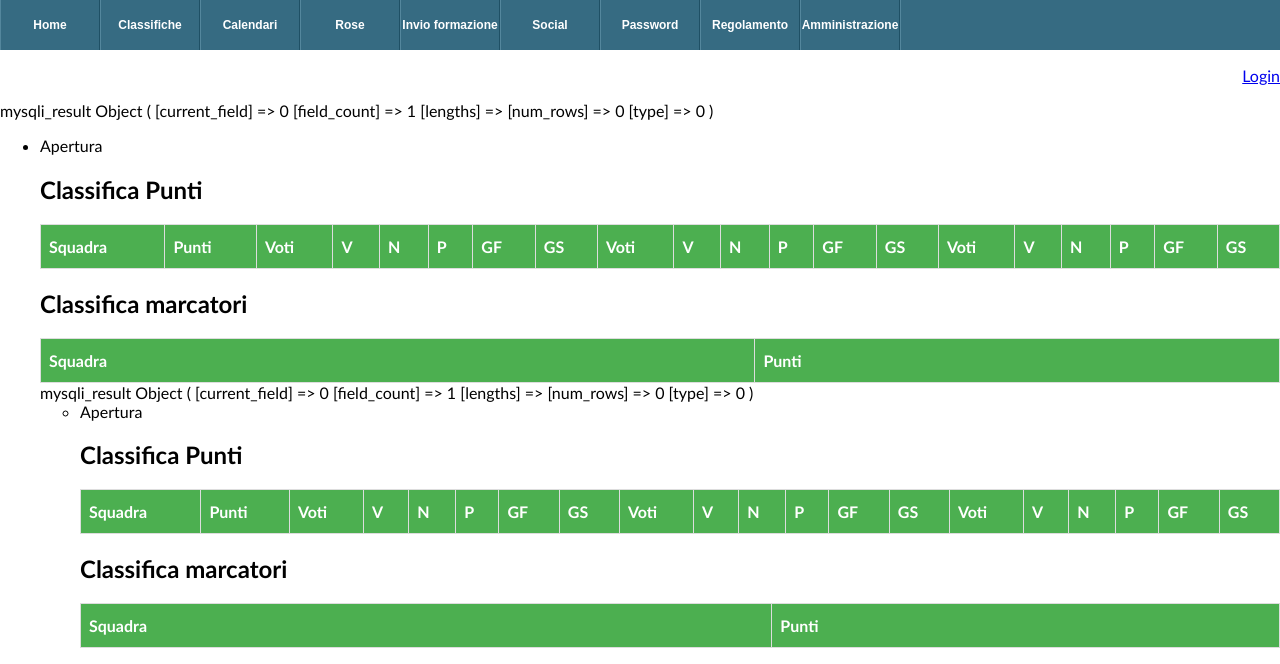
Repository: giuseppeaurilio/susyleague
Page: http://localhost/display_classifiche_peppe.php
The author's editor kept a copy of each file at every save. The page is drawn from the files as they stood at one save, then again after the next save.
The browser window is 1280 px wide. The pictures show the part of the page from y = 223 to 887 px (the page is 887 px tall before and 868 px after).
The page is run by PHP 8.4 with error messages shown; the project is at /var/www/html/. Style sheets and scripts are compiled from the project's sources, by tool versions that may differ from the author's. The database holds what the project's SQL file puts in it.

Above is the page before, as saved 2019-08-29 18:23:58.

### site/display_classifiche_peppe.php
<?php
include "menu.php";

?>
<link href="style.css" rel="stylesheet" type="text/css">

<style>
body{
	font-family: "Trebuchet MS", Arial, Helvetica, sans-serif;
}
table{
	border-collapse: collapse;
	width: 100%;
}
table th, table td{
	border: 1px solid #ddd;
	padding: 8px;
	}
table tr:nth-child(even){
	background-color: #f2f2f2;
	}
table tr:hover {
	background-color: #ddd;
	}
table th {
	padding-top: 12px;
	padding-bottom: 12px;
	text-align: left;
	background-color: #4CAF50;
	color: white;
}
</style>
<?php
    class RigaClassifica{
        public $idSquadra;
        public $squadra;
        public $punti;
        public $marcatori;
        public $vittorie;
        public $pareggi;
        public $sconfitte;
        public $golfatti;
        public $golsubiti;
        public $marcatoricasa;
        public $vittoriecasa;
        public $pareggicasa;
        public $sconfittecasa;
        public $golfatticasa;
        public $golsubiticasa;
        public $marcatoritrasf;
        public $vittorietrasf;
        public $pareggitrasf;
        public $sconfittetrasf;
        public $golfattitrasf;
        public $golsubititrasf;
    }
    function cmp($a, $b)
    {
        return $a->marcatori < $b->marcatori;
    }
?>
<?php
include "display_classifica_apertura.php";
include "display_classifica_chiusura.php";
?>

### site/menu.php
<?php
if(!isset($_SESSION))
{
	session_start();
}
if (!(isset($_SESSION['login']) && $_SESSION['login'] != '')) {
	$allenatore="";
}
else {
	$allenatore= $_SESSION['allenatore'];
}
?>

<head>
<title>Susy League</title>
<style type="text/css">

header {
    background-color:green;
    color:white;
    text-align:center;
    padding:5px;
}

footer {
    background-color:black;
    color:white;
    clear:both;
    text-align:center;
    padding:5px;
}

body {padding: 0; margin: 0;}

#wrap	{
		width: 100%;
		height: 50px;
		margin: 0;
		z-index: 99;
		position: relative;
		background-color: #366b82;
		}

	.navbar		{
				height: 50px;
				padding: 0;
				margin: 0;
				position: absolute;
				border-right: 1px solid #54879d;
				}

		.navbar li 	{
					height: auto;
					width: 100px;
					float: left;
					text-align: center;
					list-style: none;
					font: normal bold 12px/1.2em Arial, Verdana, Helvetica;
					padding: 0;
					margin: 0;
					background-color: #366b82;
					}

			.navbar a	{
						padding: 18px 0;
						border-left: 1px solid #54879d;
						border-right: 1px solid #1f5065;
						text-decoration: none;
						color: white;
						display: block;
						}

				.navbar li:hover, a:hover	{background-color: #54879d;}

				.navbar li ul 	{
								display: none;
								height: auto;
								margin: 0;
								padding: 0;
								}


				.navbar li:hover ul {
									display: block;
									}

				.navbar li ul li	{background-color: #54879d;}

				.navbar li ul li a 	{
									border-left: 1px solid #1f5065;
									border-right: 1px solid #1f5065;
									border-top: 1px solid #74a3b7;
									border-bottom: 1px solid #1f5065;
									}

				.navbar li ul li a:hover	{background-color: #366b82;}


</style>
</head>

<body>

<?php
include("dbinfo_susyleague.inc.php");

#echo "username = " . $username;
$con=mysqli_connect($localhost,$username,$password,$database) or die( "Unable to select database");;


$query="SELECT * FROM sq_fantacalcio";
$result=mysqli_query($con,$query);

$num=mysqli_num_rows($result);



#echo "<b><left>Squadre</center></b><br><br>";

$query_generale="SELECT valore FROM generale where nome_parametro='anno'";
#echo $query2;
$result_generale=mysqli_query($con,$query_generale);
//$anno=mysqli_result($result_generale,0,"valore");

$row=mysqli_fetch_array($result_generale,MYSQLI_ASSOC);
$anno="2016";
$anno=$row["valore"];
?>


<header>
<div style="width: 100%; overflow: hidden;">
    	<div style="width: 70%; float: left;"> <h1>Susy League <?php  echo $anno; ?> </h1> </div>
    	<div style="width=25%;">
		<figure><img src="/Logo_sponsor_small.png" width=230px height=115px></figure>
	</div>
</div>

</header>

<script>
/* When the user clicks on the button,
toggle between hiding and showing the dropdown content */
function myFunction() {
    document.getElementById("myDropdown").classList.toggle("show");
}

// Close the dropdown if the user clicks outside of it
window.onclick = function(e) {
  if (!e.target.matches('.dropbtn')) {

    var dropdowns = document.getElementsByClassName("dropdown-content");
    for (var d = 0; d < dropdowns.length; d++) {
      var openDropdown = dropdowns[d];
      if (openDropdown.classList.contains('show')) {
        openDropdown.classList.remove('show');
      }
    }
  }
}
</script>


	 <div id="wrap">
		  <ul class="navbar">
			 <li><a href="/homepage/home.php">Home</a></li>
			 <li><a href="/display_classifiche.php">Classifiche</a></li>
			 <li><a href="#">Calendari</a>
				<ul>
				   <li><a href="/display_calendario.php?&id_girone=1">Apertura</a></li>
					 <li><a href="/display_calendario.php?&id_girone=2">Chiusura</a></li>
					 <li><a href="/display_calendario_coppaitalia.php">CoppaItalia</a></li>
					 <li><a href="/display_calendario.php?&id_girone=6">Torneo di consolazione</a></li>
				   <li><a href="/display_calendario_finali.php">Finali</a></li>
				</ul>
			 </li>
			 <li><a href="#">Rose</a>
				<ul>
				   <li><a href="/display_rose.php" >Susy League</a></li>
				   <li><a href="/display_giocatori.php">Serie A</a></li>
				   <li><a href="/display_asta.php">Asta</a></li>
				</ul>
			 </li>
			 <li><a href="/invio_formazione.php">Invio formazione</a></li>
			 <li><a href="#">Social</a>
				<ul>
				   <li><a href="/display_sondaggi.php">Sondaggi</a></li>
				   <li><a href="/display_mercato.php">Mercato</a></li>

				</ul>
			 </li>
			 <li><a href="/cambia_password.php" >Password</a></li>
			 <li><a href="/homepage/regolamento.pdf" >Regolamento</a></li>
			 <li><a href="/presidente/amministrazione.php" >Amministrazione</a></li>
		  </ul>
		 </div>


<?php
if (!(isset($allenatore) && $allenatore != '')) {
	echo '<p align="right"><a align="right" href="/login.php" >Login</a></p>';
}
else {
	echo '<p align="right" >Benvenuto ' . $allenatore . ',<a class="login" href="/logout.php" >Logout</a></p>';
}
?>

### site/dbinfo_susyleague.inc.php
<?php
$username="id258940_susy79";
$password="andspe79";
$database="id258940_susy_league";
$localhost = "localhost";
?>

### site/display_classifica_apertura.php
<?php
include "dbinfo_susyleague.inc.php";
#echo $username;
// Create connection
$conn = new mysqli($localhost, $username, $password, $database);

// Check connection
if ($conn->connect_error) {
    die("Connection failed: " . $conn->connect_error);
}
$idgirone=1;
// echo "Connected successfully";
$queryclassifica='CALL getClassifica('.$idgirone.')';
// print_r($queryclassifica);
$result_girone = $conn->query($queryclassifica) or die($conn->error);
print_r($result_girone);
$arraysquadre = array();
    //recupero i dati dal DB e li trasferisco nell'array di oggetti
while ($row = $result_girone->fetch_assoc()) {
    $temp = new RigaClassifica();
    // print_r($row );
    $temp->idSquadra = $row["idsquadra"];
    $temp->squadra = $row["squadra"];
    $temp->punti = $row["punti"];
    $temp->marcatori = $row["marcatori"];
    $temp->vittorie = $row["vittorie"];
    $temp->pareggi = $row["pareggi"];
    $temp->sconfitte = $row["sconfitte"];
    $temp->golfatti = $row["golfatti"];
    $temp->golsubiti = $row["golsubiti"];
    $temp->marcatoricasa = $row["marcatoric"];
    $temp->vittoriecasa = $row["vittoriec"];
    $temp->pareggicasa = $row["pareggic"];
    $temp->sconfittecasa = $row["sconfittec"];
    $temp->golfatticasa = $row["golfattic"];
    $temp->golsubiticasa = $row["golsubitic"];

    $temp->marcatoritrasf = $row["marcatorit"];
    $temp->vittorietrasf = $row["vittoriet"];
    $temp->pareggitrasf = $row["pareggit"];
    $temp->sconfittetrasf = $row["sconfittet"];
    $temp->golfattitrasf = $row["golfattit"];
    $temp->golsubititrasf = $row["golsubitit"];
    array_push($arraysquadre,$temp);
}
$conn->close();

// print("<pre>".print_r($arraysquadre,true)."</pre>").'<br>';
?>
<ul>
<li>Apertura </li>

<h2>Classifica Punti</h2>
<table >
<tr>

<th>Squadra</th>
<th>Punti</th>
<th>Voti</th>
<th>V</th>
<th>N</th>
<th>P</th>
<th>GF</th>
<th>GS</th>
<th>Voti</th>
<th>V</th>
<th>N</th>
<th>P</th>
<th>GF</th>
<th>GS</th>
<th>Voti</th>
<th>V</th>
<th>N</th>
<th>P</th>
<th>GF</th>
<th>GS</th>

</tr>
<?php
foreach($arraysquadre as $squadra){
    echo '<tr>';
        echo '<td>'.$squadra->squadra.'</td>';
        echo '<td>'.$squadra->punti.'</td>';
        echo '<td>'.$squadra->marcatori.'</td>';
        echo '<td>'.$squadra->vittorie.'</td>';
        echo '<td>'.$squadra->pareggi.'</td>';
        echo '<td>'.$squadra->sconfitte.'</td>';
        echo '<td>'.$squadra->golfatti.'</td>';
        echo '<td>'.$squadra->golsubiti.'</td>';
        echo '<td>'.$squadra->marcatoricasa.'</td>';
        echo '<td>'.$squadra->vittoriecasa.'</td>';
        echo '<td>'.$squadra->pareggicasa.'</td>';
        echo '<td>'.$squadra->sconfittecasa.'</td>';
        echo '<td>'.$squadra->golfatticasa.'</td>';
        echo '<td>'.$squadra->golsubiticasa.'</td>';
        echo '<td>'.$squadra->marcatoritrasf.'</td>';
        echo '<td>'.$squadra->vittorietrasf.'</td>';
        echo '<td>'.$squadra->pareggitrasf.'</td>';
        echo '<td>'.$squadra->sconfittetrasf.'</td>';
        echo '<td>'.$squadra->golfattitrasf.'</td>';
        echo '<td>'.$squadra->golsubititrasf.'</td>';
    echo '</tr>';
}
?>
</table>

<?php


usort($arraysquadre, "cmp");
?>

<h2>Classifica marcatori</h2>
<table >
<tr>
<th>Squadra</th>
<th>Punti</th>
</tr>

<?php
foreach($arraysquadre as $squadra){
    echo '<tr>';
        echo '<td>'.$squadra->squadra.'</td>';
        echo '<td>'.$squadra->marcatori.'</td>';

    echo '</tr>';
}
?>
</table>

### site/display_classifica_chiusura.php
<?php
include "dbinfo_susyleague.inc.php";
#echo $username;
// Create connection
$conn = new mysqli($localhost, $username, $password, $database);

// Check connection
if ($conn->connect_error) {
    die("Connection failed: " . $conn->connect_error);
}
$idgirone=2;
// echo "Connected successfully";
$queryclassifica='CALL getClassifica('.$idgirone.')';
// print_r($queryclassifica);
$result_girone = $conn->query($queryclassifica) or die($conn->error);
print_r($result_girone);
$arraysquadre = array();
    //recupero i dati dal DB e li trasferisco nell'array di oggetti
while ($row = $result_girone->fetch_assoc()) {
    $temp = new RigaClassifica();
    // print_r($row );
    $temp->idSquadra = $row["idsquadra"];
    $temp->squadra = $row["squadra"];
    $temp->punti = $row["punti"];
    $temp->marcatori = $row["marcatori"];
    $temp->vittorie = $row["vittorie"];
    $temp->pareggi = $row["pareggi"];
    $temp->sconfitte = $row["sconfitte"];
    $temp->golfatti = $row["golfatti"];
    $temp->golsubiti = $row["golsubiti"];
    $temp->marcatoricasa = $row["marcatoric"];
    $temp->vittoriecasa = $row["vittoriec"];
    $temp->pareggicasa = $row["pareggic"];
    $temp->sconfittecasa = $row["sconfittec"];
    $temp->golfatticasa = $row["golfattic"];
    $temp->golsubiticasa = $row["golsubitic"];

    $temp->marcatoritrasf = $row["marcatorit"];
    $temp->vittorietrasf = $row["vittoriet"];
    $temp->pareggitrasf = $row["pareggit"];
    $temp->sconfittetrasf = $row["sconfittet"];
    $temp->golfattitrasf = $row["golfattit"];
    $temp->golsubititrasf = $row["golsubitit"];
    array_push($arraysquadre,$temp);
}
$conn->close();

// print("<pre>".print_r($arraysquadre,true)."</pre>").'<br>';
?>
<ul>
<li>Apertura </li>

<h2>Classifica Punti</h2>
<table >
<tr>

<th>Squadra</th>
<th>Punti</th>
<th>Voti</th>
<th>V</th>
<th>N</th>
<th>P</th>
<th>GF</th>
<th>GS</th>
<th>Voti</th>
<th>V</th>
<th>N</th>
<th>P</th>
<th>GF</th>
<th>GS</th>
<th>Voti</th>
<th>V</th>
<th>N</th>
<th>P</th>
<th>GF</th>
<th>GS</th>

</tr>
<?php
foreach($arraysquadre as $squadra){
    echo '<tr>';
        echo '<td>'.$squadra->squadra.'</td>';
        echo '<td>'.$squadra->punti.'</td>';
        echo '<td>'.$squadra->marcatori.'</td>';
        echo '<td>'.$squadra->vittorie.'</td>';
        echo '<td>'.$squadra->pareggi.'</td>';
        echo '<td>'.$squadra->sconfitte.'</td>';
        echo '<td>'.$squadra->golfatti.'</td>';
        echo '<td>'.$squadra->golsubiti.'</td>';
        echo '<td>'.$squadra->marcatoricasa.'</td>';
        echo '<td>'.$squadra->vittoriecasa.'</td>';
        echo '<td>'.$squadra->pareggicasa.'</td>';
        echo '<td>'.$squadra->sconfittecasa.'</td>';
        echo '<td>'.$squadra->golfatticasa.'</td>';
        echo '<td>'.$squadra->golsubiticasa.'</td>';
        echo '<td>'.$squadra->marcatoritrasf.'</td>';
        echo '<td>'.$squadra->vittorietrasf.'</td>';
        echo '<td>'.$squadra->pareggitrasf.'</td>';
        echo '<td>'.$squadra->sconfittetrasf.'</td>';
        echo '<td>'.$squadra->golfattitrasf.'</td>';
        echo '<td>'.$squadra->golsubititrasf.'</td>';
    echo '</tr>';
}
?>
</table>

<?php
usort($arraysquadre, "cmp");
?>

<h2>Classifica marcatori</h2>
<table >
<tr>
<th>Squadra</th>
<th>Punti</th>
</tr>

<?php
foreach($arraysquadre as $squadra){
    echo '<tr>';
        echo '<td>'.$squadra->squadra.'</td>';
        echo '<td>'.$squadra->marcatori.'</td>';

    echo '</tr>';
}
?>
</table>

### site/Struttura2019/css/style.scss
@font-face {
    font-family: "SusyLeagueFont";
    src: url(../font/Champions-Bold.ttf) format("truetype");
}

header {
    overflow: hidden;
    // background-color: black;
    color: white;
    justify-content: center;
    background: #000000 url('../images/header.png') 100% 100% no-repeat;
    // -webkit-background-size: cover;
    // -moz-background-size: cover;
    // -o-background-size: cover;
    // background-size: cover;
    // background-repeat: no-repeat;
    // background-attachment: fixed;
    background-position: center;
}
header h1{
    width: 100%;
    vertical-align: middle;
    height: auto;
    text-align: center;
}

header figure{
    width: 30%;
    text-align: center;
}

// header #imghb {
// margin-left: 50%;
// transform: translateX(-50%);

// }

body{
    font-family: "SusyLeagueFont", sans-serif, Verdana, Tahoma;
    margin: 0;
}

footer{
    overflow: hidden;
    height: auto;
    // background-color: black;
    color: white;
    justify-content: center;
    background: #000000;
    // -webkit-background-size: cover;
    // -moz-background-size: cover;
    // -o-background-size: cover;
    // background-size: cover;
    // background-repeat: no-repeat;
    // background-attachment: fixed;
    background-position: bottom;
}

### site/DB/id258940_susy_league.sql (the tables this page reads)
CREATE TABLE `generale` (
  `nome_parametro` text NOT NULL,
  `valore` text NOT NULL,
  `id_parametro` int(11) NOT NULL
) ENGINE=MyISAM DEFAULT CHARSET=latin1;

INSERT INTO `generale` (`nome_parametro`, `valore`, `id_parametro`) VALUES
('anno', '2018/2019', 1),
('fantamilioni', '400', 2),
('addizionale_casa', '1', 3),
('password_presidente', 'vivailpresidente', 4);

ALTER TABLE `generale`
  ADD PRIMARY KEY (`id_parametro`);

ALTER TABLE `generale`
  MODIFY `id_parametro` int(11) NOT NULL AUTO_INCREMENT, AUTO_INCREMENT=5;

CREATE TABLE `sq_fantacalcio` (
  `id` int(11) NOT NULL,
  `squadra` varchar(50) DEFAULT NULL,
  `allenatore` varchar(50) DEFAULT NULL,
  `telefono` varchar(50) DEFAULT NULL,
  `email` varchar(50) DEFAULT NULL,
  `password` varchar(45) DEFAULT NULL
) ENGINE=MyISAM DEFAULT CHARSET=latin1;

INSERT INTO `sq_fantacalcio` (`id`, `squadra`, `allenatore`, `telefono`, `email`, `password`) VALUES
(1, 'I NANI', 'Peppino', '3475258776', 'giuseppeaurilio@gmail.com', 'peppino1'),
(2, 'Atletico ero na volta', 'Antonio', '3296585405', 'michela.valentini65@gmail.com', 'ziapeppina'),
(3, 'Salsino Forever', 'Filippo', '3666652788', 'mdhsurp@tin.it', 'pagliafili74'),
(4, 'Eni Cafè di B.A.', 'Salsino', '3205687266', 'danielerotondo@virgilio.it', 'anastapigrec'),
(5, 'Vota Micheli', 'Giorgio', '3275314408', 'giorgiogasbarrini@gmail.com', 'giorgio1'),
(6, 'Nuova Romanina', 'Arcangelo', '3208181537', 'percibol@hotmail.it', 'arcangelo83'),
(7, 'Prosut!', 'Gianluca', '3470424164', 'gianlucapupparo@libero.it', 'glcppp79'),
(8, 'Azienda Paam', 'Andrea', '3339202335', 'andryu.pa@alice.it', 'lodicevoche'),
(9, 'AS Valle SantAndrea', 'Rotondo', '3284814155', 'rotondo-andrea@libero.it', 'mbriacono1'),
(10, 'Ronie Merda', 'Carlo', '93930259379', 'carlo.sciandrone@gmail.com', 'vecchioporcoficcatore'),
(11, 'Organizzazione Zero', 'Figurino', '3332865311', 'campolifigu@hotmail.it', 'claudia1986'),
(12, 'AS Venere', 'MDeP', '3488880712', 'dep.mario@gmail.com', 'vivalabevanda1');

ALTER TABLE `sq_fantacalcio`
  ADD PRIMARY KEY (`id`);

ALTER TABLE `sq_fantacalcio`
  MODIFY `id` int(11) NOT NULL AUTO_INCREMENT, AUTO_INCREMENT=13;

After the next save:
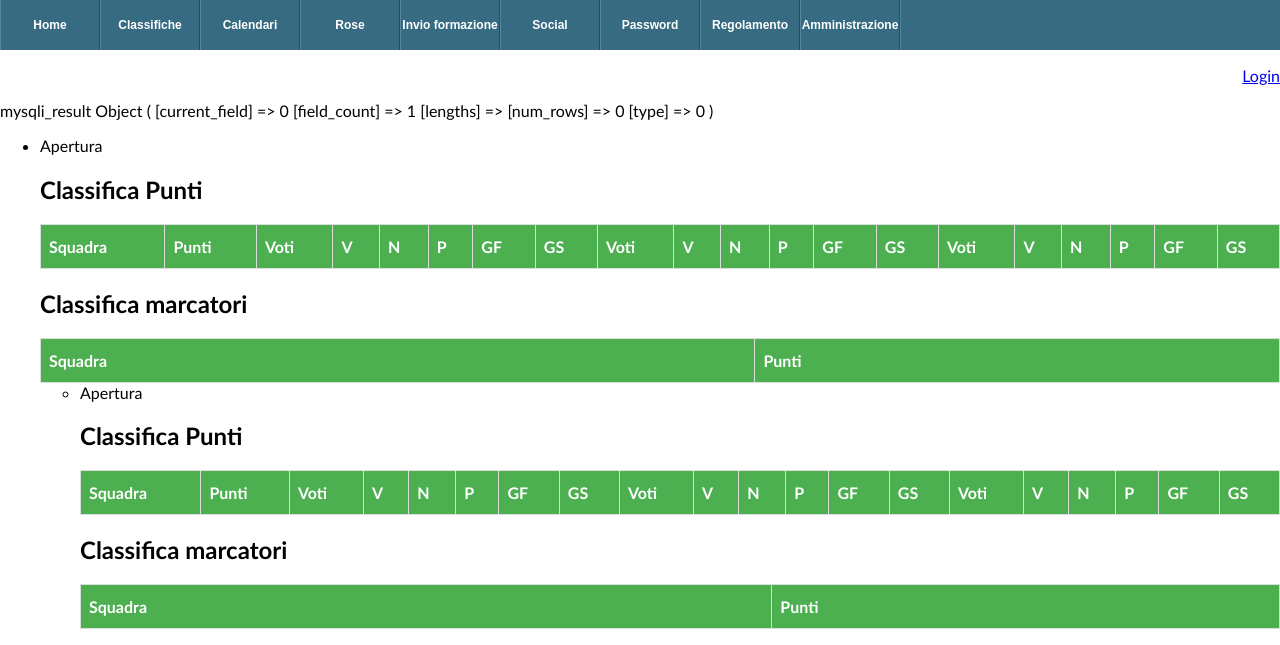
Saved 15 s later.
--- a/site/display_classifica_chiusura.php
+++ b/site/display_classifica_chiusura.php
@@ -13,7 +13,7 @@ $idgirone=2;
 $queryclassifica='CALL getClassifica('.$idgirone.')';
 // print_r($queryclassifica);
 $result_girone = $conn->query($queryclassifica) or die($conn->error);
-print_r($result_girone);
+// print_r($result_girone);
 $arraysquadre = array();
     //recupero i dati dal DB e li trasferisco nell'array di oggetti
 while ($row = $result_girone->fetch_assoc()) {
